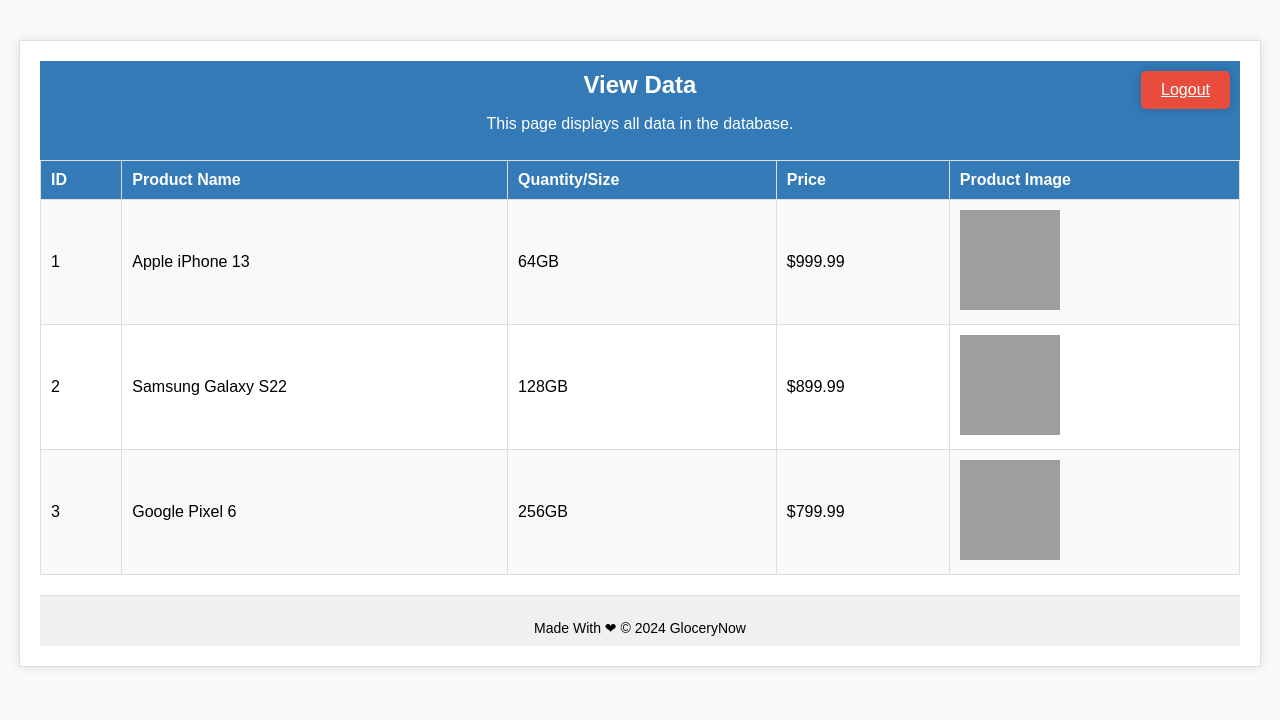
Repository: shamchiwade/GroceryNow
Page: http://localhost/ShopManagement/viewData.jsp
These files come from the project's save history. The page is drawn as it stood at one moment and after the next save; the edit follows.
The browser window is 1280 px wide. The pictures show the whole page.
Pictures or frames that could not be fetched are drawn as grey boxes. The page is served by Tomcat 10. Nobody is signed in. The application's start-up code is not run.

Above is the page before, as saved 2024-10-05 19:09:44.

After the next save:
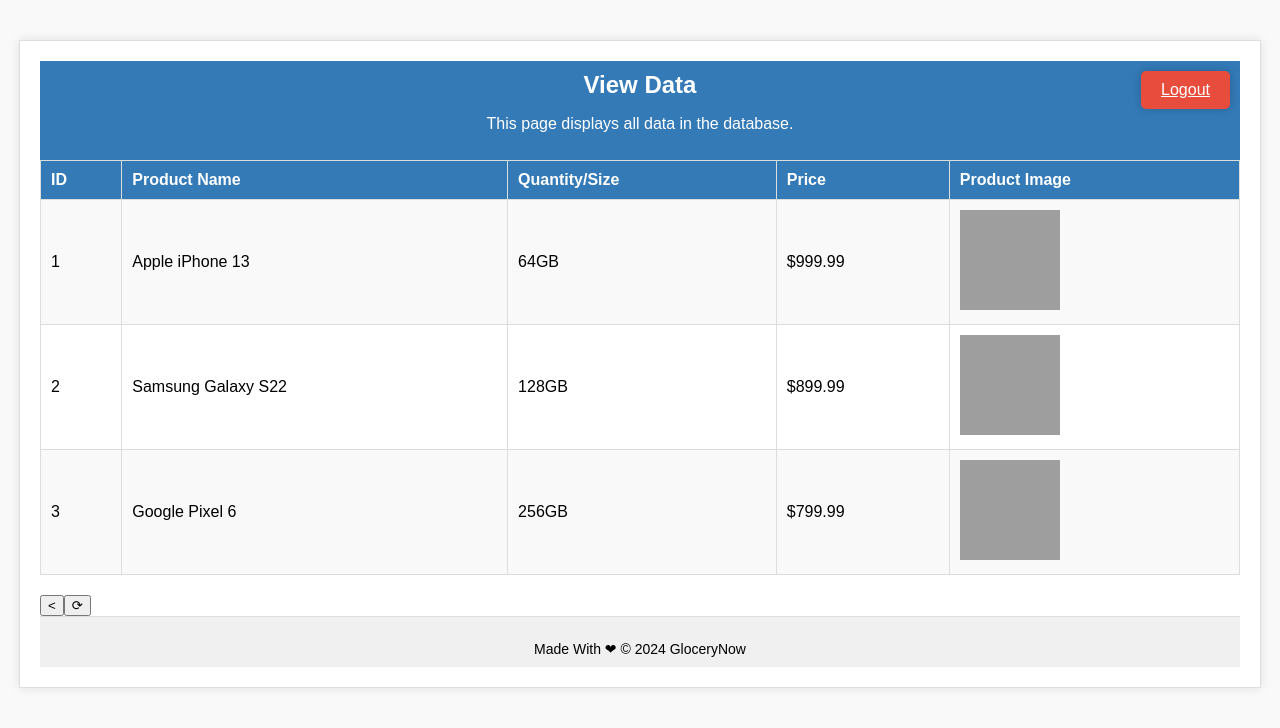
Saved 2 days later.
--- a/ShopManagement/src/main/webapp/viewData.jsp
+++ b/ShopManagement/src/main/webapp/viewData.jsp
@@ -131,6 +131,9 @@
                 <td><img src="https://example.com/pixel6.jpg" width="100" height="100"></td>
             </tr>
         </table>
+
+        <button class="btn" onclick="location.href='index.jsp'"><%= "<" %></button><button class="btn" onclick="location.href='login.jsp'">&#10227;</button>
+
         <div class="admin-footer">
             <p>Made With ❤ &copy; 2024 GloceryNow</p>
         </div>
